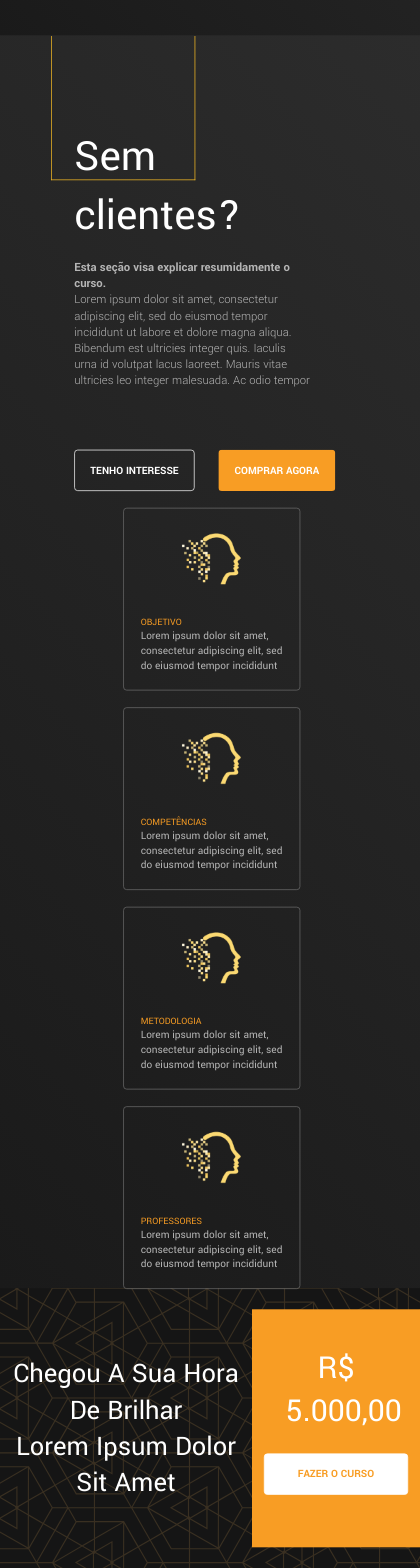
Repository: Rafael-Araujo-dev/Treinamento-Raccoon
Page: Projeto-2/index.html
An editor plug-in stored every save of this project. The page is shown before and after the next save, followed by the edit.
The browser window is 600 px wide. The pictures show the part of the page from y = 749 to 2989 px (the page is 2989 px tall), at 70% of full size.

Above is the page before, as saved 2021-09-23 11:35:15.

### Projeto-2/index.html
<!DOCTYPE html>
<html>
    <head>
        <title></title>
        <meta charset="utf-8"/>
        <meta name="viewport" content="width=device-width,initial-scale=1.0,maximum-scale=1.0">
        <link rel="preconnect" href="https://fonts.googleapis.com">
        <link rel="preconnect" href="https://fonts.gstatic.com" crossorigin>
        <link href="https://fonts.googleapis.com/css2?family=Yantramanav:wght@300;400;700&display=swap" rel="stylesheet">
        <link rel="stylesheet" href="css/style.css"/>
    </head>
    <body>
        <section class="hero-section">
            <div class="hero-header">
                <img class="logo" src="images/LOGOSYNAPSE_simbolo_laranja.png"/>
            </div>
            <div class="hero-container">
                <div class="hero-title">
                    Lorem ipsum dolor sit amet,<br>
                    consectetur adipiscing elit
                </div>
                <div class="hero-text">
                    Lorem ipsum dolor sit amet, consectetur adipiscing elit, sed do eiusmod tempor incididunt ut labore et dolore
                </div>
            </div>
            <div class="hero-btn-group">
                <button class="btn secondary">
                    Tenho interesse
                </button>
                <button class="btn primary">
                    Comprar agora
                </button>
            </div>
        </section>

        <section class="course-summary">
            <div class="container">
                <div class="col m">
                    <span class="rectangule"></span>
                    <span class="title">
                        Sem<br>clientes?
                    </span>
                    <div class="text">
                        <strong>Esta seção visa explicar resumidamente o curso.</strong>
                        <br>
                        Lorem ipsum dolor sit amet, consectetur adipiscing elit, sed do eiusmod tempor incididunt ut labore et dolore magna aliqua. Bibendum est ultricies integer quis. Iaculis urna id volutpat lacus laoreet. Mauris vitae ultricies leo integer malesuada. Ac odio tempor
                    </div>
                    <div class="btn-group">
                        <button class="btn secondary">
                            Tenho interesse
                        </button>
                        <button class="btn primary">
                            Comprar agora
                        </button>
                    </div>
                </div>
                <div class="col l">
                    <div class="card-container">
                        <div class="card-item">
                            <div class="container">
                                <div class="card-image">
                                    <img src="./images/Oratória Digital Logo-1.png"/>
                                </div>
                                <div class="card-description">
                                    <div class="card-title">
                                        Objetivo
                                    </div>
                                    <div class="card-text">
                                        Lorem ipsum dolor sit amet, consectetur adipiscing elit, sed do eiusmod tempor incididunt
                                    </div>
                                </div>
                            </div>
                        </div>
                        <div class="card-item">
                            <div class="container">
                                <div class="card-image">
                                    <img src="./images/Oratória Digital Logo-1.png"/>
                                </div>
                                <div class="card-description">
                                    <div class="card-title">
                                        Competências
                                    </div>
                                    <div class="card-text">
                                        Lorem ipsum dolor sit amet, consectetur adipiscing elit, sed do eiusmod tempor incididunt
                                    </div>
                                </div>
                            </div>
                        </div>
                        <div class="card-item">
                            <div class="container">
                                <div class="card-image">
                                    <img src="./images/Oratória Digital Logo-1.png"/>
                                </div>
                                <div class="card-description">
                                    <div class="card-title">
                                        Metodologia
                                    </div>
                                    <div class="card-text">
                                        Lorem ipsum dolor sit amet, consectetur adipiscing elit, sed do eiusmod tempor incididunt
                                    </div>
                                </div>
                            </div>
                        </div>
                        <div class="card-item">
                            <div class="container">
                                <div class="card-image">
                                    <img src="./images/Oratória Digital Logo-1.png"/>
                                </div>
                                <div class="card-description">
                                    <div class="card-title">
                                        Professores
                                    </div>
                                    <div class="card-text">
                                        Lorem ipsum dolor sit amet, consectetur adipiscing elit, sed do eiusmod tempor incididunt
                                    </div>
                                </div>
                            </div>
                        </div>
                    </div>
                </div>
                <center>
                    <div class="btn-group mobile">
                        <button class="btn secondary">
                            Tenho interesse
                        </button>
                        <button class="btn primary">
                            Comprar agora
                        </button>
                    </div>
                </center>
            </div>
        </section>

        <section class="take-course">
            <div class="container">
                <div class="text">
                    Chegou a sua hora de brilhar <br>lorem ipsum dolor sit amet
                </div>
                <div class="card">
                    <div class="text">
                        R$ 5.000,00
                    </div>
                    <button class="btn white">
                        Fazer o curso
                    </button>
                </div>
            </div>
        </section>

    </body>
</html>

### Projeto-2/css/style.css
* {
    margin: 0;
    padding: 0;
    box-sizing: border-box;
    font-family: 'Yantramanav', sans-serif;
}

.btn {
    font-size: 20px;
    text-transform: uppercase;
    padding: 18px 22px;
    margin: 0px 15px 24px 15px;
    font-weight: bold;
}

@media (max-width: 890px) {
    .btn {
        font-size: 20px;
    }
}

@media (max-width: 645px) {
    .btn {
        font-size: 17px;
    }
}

@media (max-width: 500px) {
    .btn {
        font-size: 16px;
    }
}

.btn.primary {
    background-color: #F89D24;
    border: 1px solid transparent;
    border-radius: 5px;
    color: #FFF;
}

.btn.secondary {
    background-color: transparent;
    border: 1px solid #FFF;
    border-radius: 5px;
    color: #FFF;
}

.btn.white {
    background-color: #FFFFFF;
    border: 1px solid #FFF;
    border-radius: 5px;
    color: #000;
}

.hero-section {
    background: rgb(26,26,26);
    background: linear-gradient(45deg, rgba(26,26,26,1) 0%, rgba(44,44,44,1) 100%);
    min-height: 100vh;
    display: flex;
    flex-direction: column;
    justify-content: space-around;
}

.hero-header .logo {
    margin-left: 3.15%;
    margin-top: 2%;
    width: 12.1%;
    max-width: 100px;
}

.hero-container {
    position: relative;
    margin: auto;
    display: flex;
    flex-direction: column;
    flex-wrap: wrap;
}

@media (max-width: 1240px) {
    .hero-container {
        width: 60%;
    }
}

@media (max-width: 1028px) {
    .hero-container {
        width: 70%;
    }
}

@media (max-width: 890px) {
    .hero-container {
        width: 80%;
    }
}

.hero-title, .hero-text {
    color: #FFFFFF;
    text-align: center;
}

.hero-title {
    font-size: 54px;
    /* margin-top: 15.5vh; */
    text-transform: capitalize;
}

@media (max-width: 890px) {
    .hero-title {
        /* margin-top: 14%; */
        font-size: 45px;
    }
}

@media (max-width: 645px) {
    .hero-title {
        /* margin-top: 8%; */
        font-size: 40.5px;
    }
}

@media (max-width: 500px) {
    .hero-title {
        /* margin-top: 0%; */
    }
}

.hero-text {
    color: #B5B5B5;
    font-size: 18px;
    width: 60%;
    margin-top: 1.8vh;
    line-height: 30px;
    align-self: center;
    margin-bottom: 35px;
}

@media (max-width: 1024px) {
    .hero-text {
        width: 80%;
    }
}

@media (max-width: 890px) {
    .hero-text {

        font-size: 15px;
        width: 50%;
    }
}

@media (max-width: 645px) {
    .hero-text {

        font-size: 13.5px;
        width: 80%;
    }
}

@media (max-width: 500px) {
    .hero-text {
        /* margin-top: 5%; */
        width: 100%;
    }
}

.hero-btn-group {
    margin-bottom: 22.5vh;
    text-align: center;
}

.course-summary {
    background: rgb(26,26,26);
    background: linear-gradient(45deg, rgba(26,26,26,1) 0%, rgba(44,44,44,1) 100%);
    min-height: 100vh;
    padding-top: 18.6vh;
    margin-top: -1px;
}

@media (max-width: 450px) {
    .course-summary {
        padding-top: 6.5vh;
    }
}

.course-summary .container {
    position: relative;
    margin: auto;
    display: flex;
    justify-content:center;
    flex-wrap: wrap;
}

.course-summary .col {
    display: flex;
}

.course-summary .col.m {
    display: flex;
    flex-direction: column;
}

.course-summary .col.l {
    margin-left: 5vw;
}

.course-summary .col .rectangule {
    position: absolute;
    margin-top: -18.5vh;
    margin-left: -5.5vw;
    border: 1px solid #FEC024;
    border-top: none;
    width: 206px;
    height: 206px;
}

.course-summary .col .title {
    font-size: 64px;
    color: #FFFFFF;
    margin-top: -2vh;
}

@media (max-width: 450px) {
    .course-summary .col .rectangule {
        margin-top: -6.5vh;
        margin-left: 3.8vw;
        width: 110px;
        height: 110px;
    }

    .course-summary .col .title {
        font-size: 48px;
        margin-left: 24px;
        margin-top: 1vh;
    }
}

.course-summary .col .text {
    font-size: 18px;
    color: #B5B5B5;
    font-weight: 300;
    max-width: 337px;
    margin-top: 2.6vh;
}

@media (max-width: 450px) {
    .course-summary .col .text {
        font-size: 13.5px;
        max-width: 85%;
        line-height: 25px;
        align-self: center;
    }
}

.course-summary .col .btn-group {
    margin-top: 11vh;
    margin-left: -15px;
}

.course-summary .btn-group.mobile {
    display: none;
    margin-top: 36px;
}

@media (max-width: 450px) {
    .course-summary .col .btn-group {
        display: none;
    }

    .course-summary .btn-group.mobile {
        display: inherit;
    }
}

.course-summary .col .btn-group .btn {
    font-size: 16px;
}

.course-summary .card-container {
    display: grid;
    grid-template-columns: repeat(2, 1fr);
    grid-template-rows: repeat(2, 1fr);
    grid-column-gap: 2vw;
    grid-row-gap: 3vh;
}

@media(max-width: 650px) {
    .course-summary .card-container {
        grid-template-columns: repeat(1, 1fr);
        grid-template-rows: repeat(1, 1fr);
        margin-left: -25px;
    }
}

@media(max-width: 450px) {
    .course-summary .card-container {
        margin-top: 50px;
    }
}

@media(max-width: 300px) {
    .course-summary .card-container {
        margin-left: -10px;
    }
}

.course-summary .card-item {
    border: 1px solid #6E6E6E;
    border-radius: 5px;
    max-width: 253px;
}

.course-summary .card-item .container {
    text-align: center;
    margin: 24px;
    padding: 0;
}

.course-summary .card-item .card-description {
    text-align: left;
}

.course-summary .card-item .card-title {
    font-size: 14px;
    color: #F89D24;
    text-transform: uppercase;
    margin-top: 3.5vh;
}

.course-summary .card-item .card-text {
    font-size: 16px;
    color: #B5B5B5;
}

.take-course {
    background-color: #191919;
    background-image: url('../images/Grupo\ 34.svg');
    height: 400px;
    margin-top: -1px;
}

.take-course .container{
    background-color: rgba(20,20,20,0.7);
}

.take-course .container {
    height: 100%;
    display: flex;
    flex-direction: row;
    justify-content: end;
    align-items: center;
    padding-right: 0;
    flex-wrap: wrap;
}

.take-course .container .text {
    font-size: 54px;
    color: #FFFFFF;
    text-align: center;
    width: 60%;
    text-transform: capitalize;
}

@media(max-width: 650px) {
    .take-course .container .text {
        font-size: 40.5px;
    }
}

.take-course .container .card {
    display: flex;
    flex-direction: column;
    align-items: center;
    background-color:#F89D24;
    width: 40%;
    padding-top: 53px;
    padding-bottom: 75px;
}

.take-course .container .card .btn {
    margin: 0;
    margin-top: 29px;
    padding-left: 48px;
    padding-right: 48px;
    font-size: 16px;
    color: #F89D24;
}

.take-course .container .card .text {
    font-weight: normal;
    font-size: 64px;
}

@media(max-width: 650px) {
    .take-course .container .card .text {
        font-size: 48px;
    }
}

After the next save:
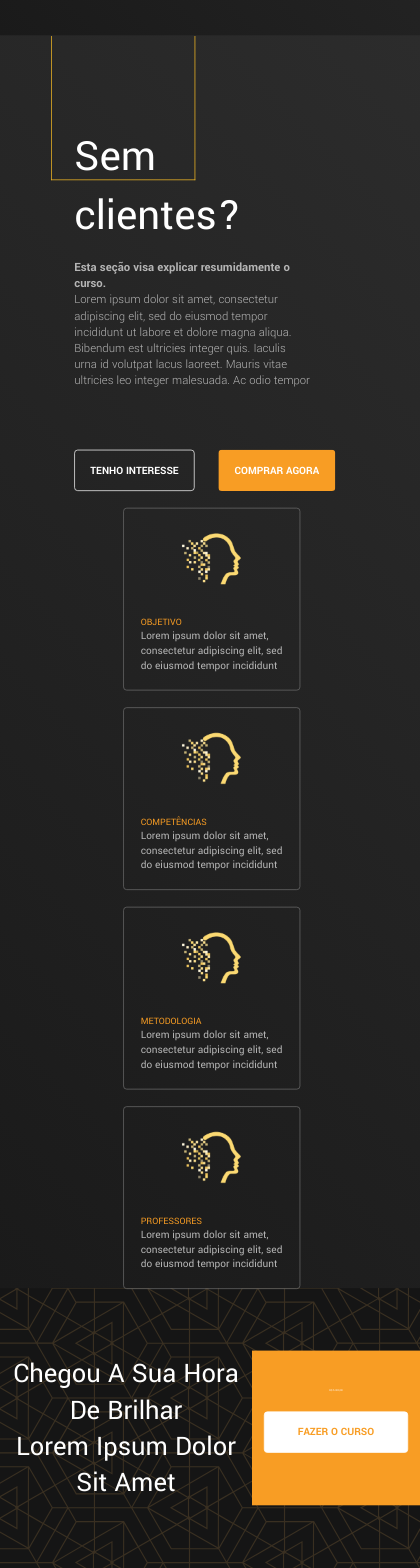
Saved 7 s later.
--- a/Projeto-2/css/style.css
+++ b/Projeto-2/css/style.css
@@ -393,6 +393,6 @@
 
 @media(max-width: 650px) {
     .take-course .container .card .text {
-        font-size: 48px;
-    }
-}
+        font-size: 4px;
+    }
+}
